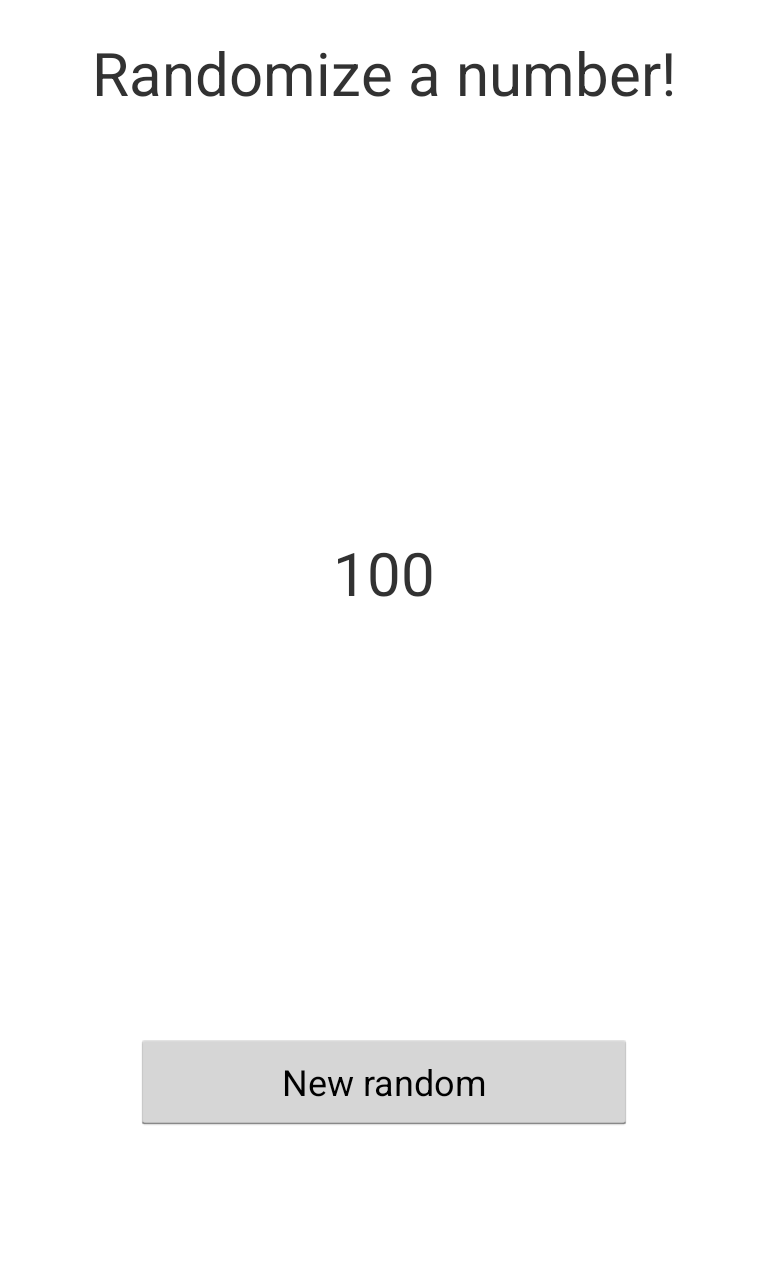
Repository: me222rs/AndroidLab1
Layout: Lab1/res/layout/activity_main.xml
These files come from the project's save history. The layout is drawn as it stood at one moment and after the next save; the edit follows.
It is drawn on a 768 x 1280 px phone screen (xhdpi) without system bars, with theme AppTheme; the app's code is not run.

Above is the layout before, as saved 2014-11-13 16:17:14.

### Lab1/res/layout/activity_main.xml
<RelativeLayout xmlns:android="http://schemas.android.com/apk/res/android"
    xmlns:tools="http://schemas.android.com/tools"
    android:layout_width="match_parent"
    android:layout_height="match_parent"
    android:paddingBottom="@dimen/activity_vertical_margin"
    android:paddingLeft="@dimen/activity_horizontal_margin"
    android:paddingRight="@dimen/activity_horizontal_margin"
    android:paddingTop="@dimen/activity_vertical_margin"
    tools:context="com.example.lab1.MainActivity" >

    <TextView


        android:layout_width="wrap_content"
        android:layout_height="wrap_content"
        android:text="Randomize a number!"
        android:textSize="30dp"
        android:layout_centerHorizontal="true"
        />

        <TextView

       	android:id="@+id/randomText"
       	android:layout_marginTop="250dp"
        android:layout_width="wrap_content"
        android:layout_height="wrap_content"
        android:text="100"
        android:textSize="30dp"
        android:layout_centerHorizontal="true"
        />

    <Button
        android:id="@+id/randomizeButton"
        android:layout_centerHorizontal="true"
        android:layout_marginTop="500dp"
    	android:layout_height="50dp"
     	android:layout_width="250dp"
    	android:text="New random"

    />


</RelativeLayout>

Loaded but not shown: Lab1/res/values/styles.xml (common file); Lab1/res/values-v11/styles.xml (common file); Lab1/res/values-v14/styles.xml (common file); Lab1/res/values/dimens.xml (common file); Lab1/res/values-w820dp/dimens.xml (common file)

After the next save:
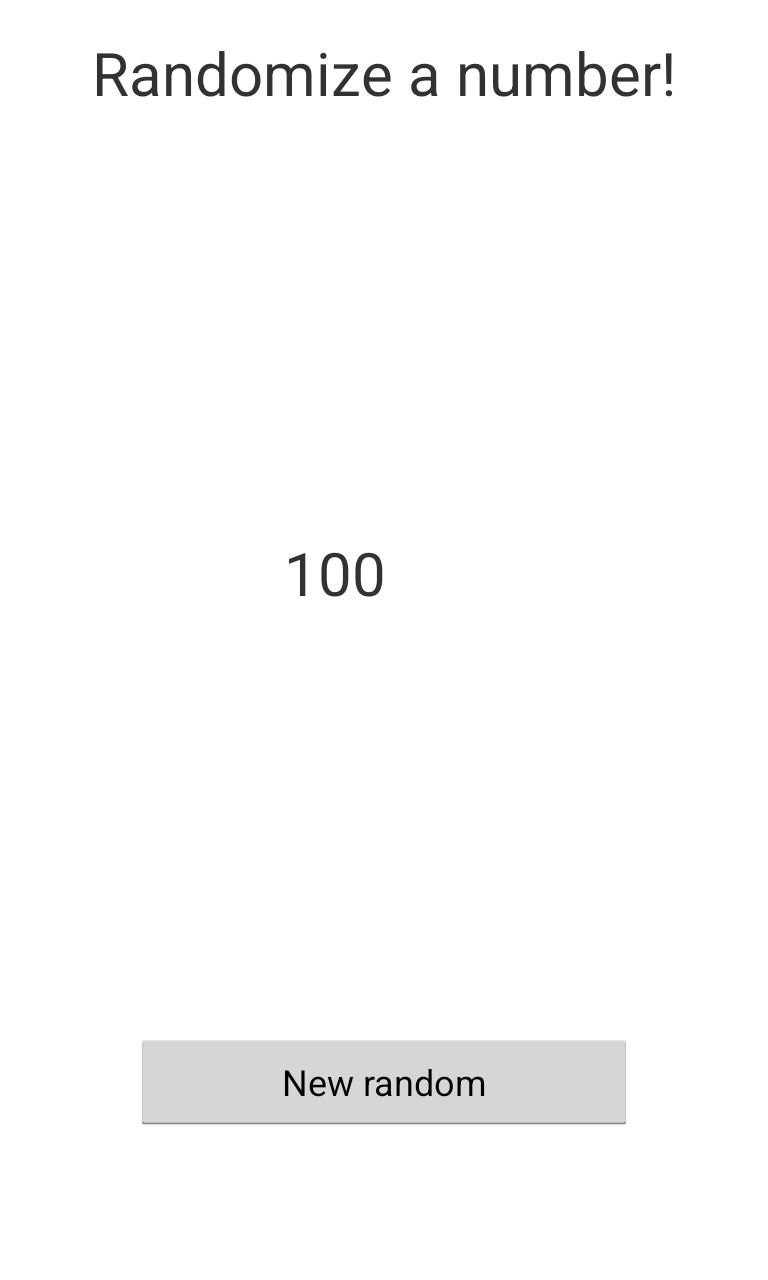
Saved 17 h 3 min later.
--- a/Lab1/res/layout/activity_main.xml
+++ b/Lab1/res/layout/activity_main.xml
@@ -22,7 +22,7 @@
 
        	android:id="@+id/randomText"
        	android:layout_marginTop="250dp"
-        android:layout_width="wrap_content"
+        android:layout_width="100dp"
         android:layout_height="wrap_content"
         android:text="100"
         android:textSize="30dp"

After the save that followed:
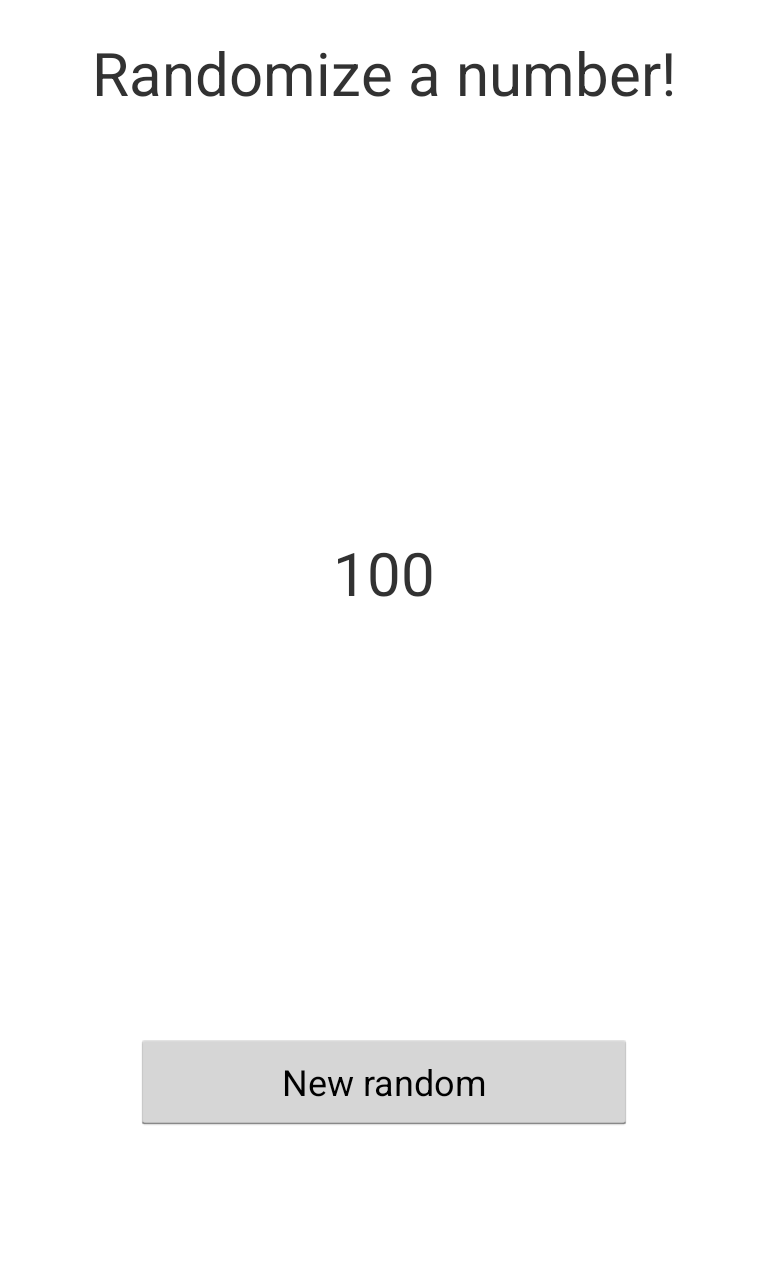
Saved 34 s later.
--- a/Lab1/res/layout/activity_main.xml
+++ b/Lab1/res/layout/activity_main.xml
@@ -22,7 +22,7 @@
 
        	android:id="@+id/randomText"
        	android:layout_marginTop="250dp"
-        android:layout_width="100dp"
+        android:layout_width="wrap_content"
         android:layout_height="wrap_content"
         android:text="100"
         android:textSize="30dp"
